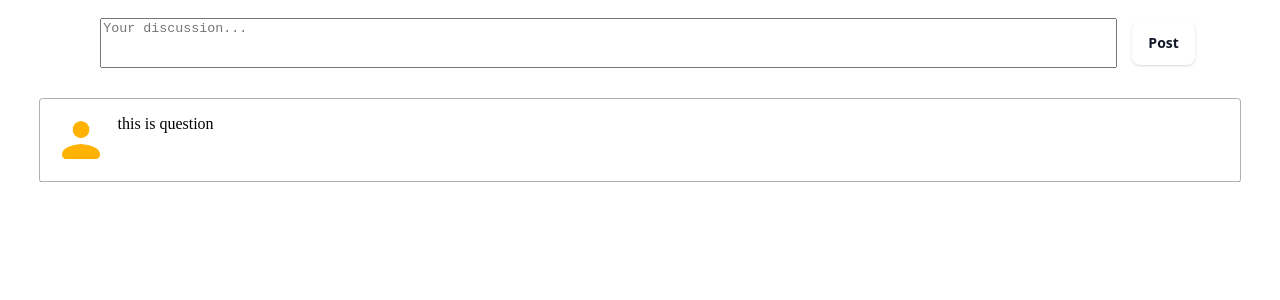
Repository: AOY311/DuckEdu
Page: test2.html
These files come from the project's save history. The page is drawn as it stood at one moment and after the next save; the edit follows.
The browser window is 1280 px wide. The pictures show the whole page.

Above is the page before, as saved 2021-10-31 19:56:34.

After the next save:
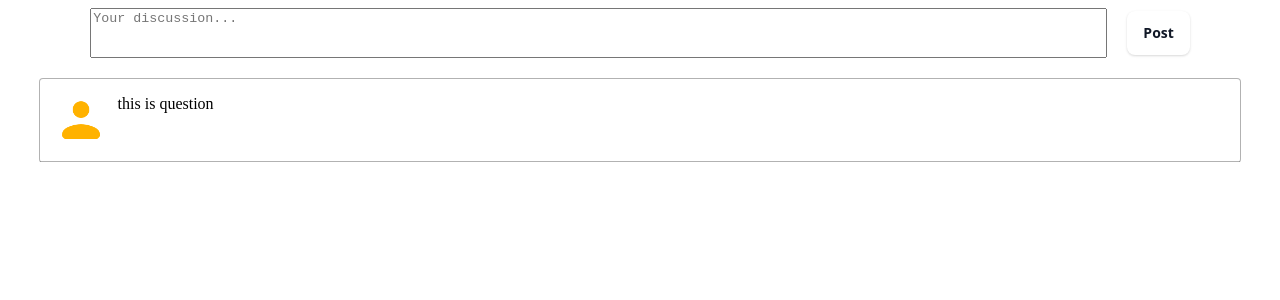
Saved 7 s later.
--- a/test2.html
+++ b/test2.html
@@ -148,7 +148,6 @@
 
         .ip-disc {
             height: 44px;
-            margin: 10px 15px;
             width: 80%;
             outline: none;
             resize: none;
